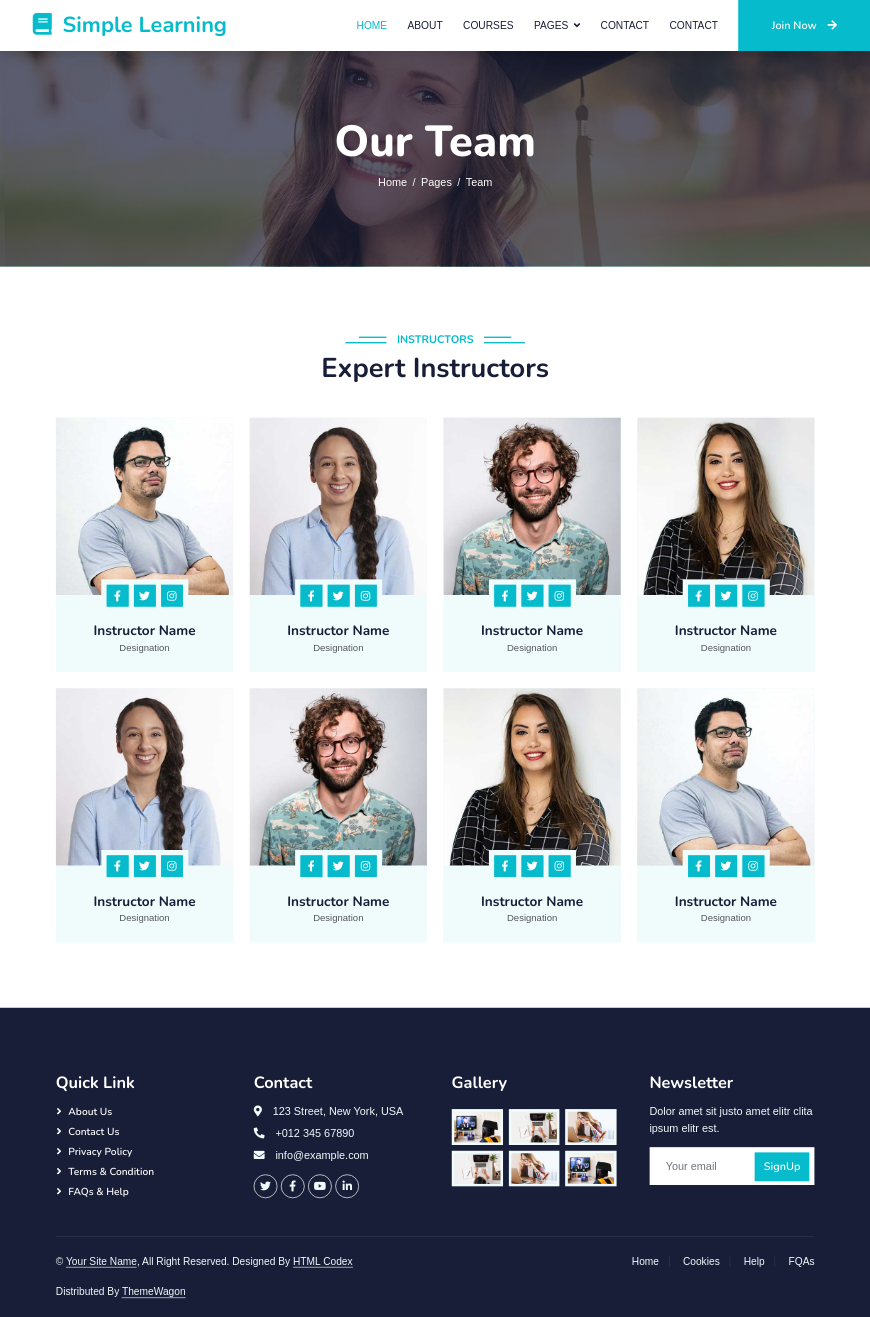
Repository: Arumugam2002/ARUMUGAM-TOPS-DAILY-TASKS
Page: http://localhost/team
The author's editor kept a copy of each file at every save. The page is drawn from the files as they stood at one save, then again after the next save.
The browser window is 1280 px wide. The pictures show the whole page, at 68% of full size.
Some web fonts or font styles are not loaded; a fallback is used. Some web libraries are served in a nearby version. The page is this project's Thymeleaf template; nobody is signed in. The template is opened directly, without the code that normally fills it, so the values that code supplies are empty.

Above is the page before, as saved 2024-07-21 15:39:38.

After the next save:
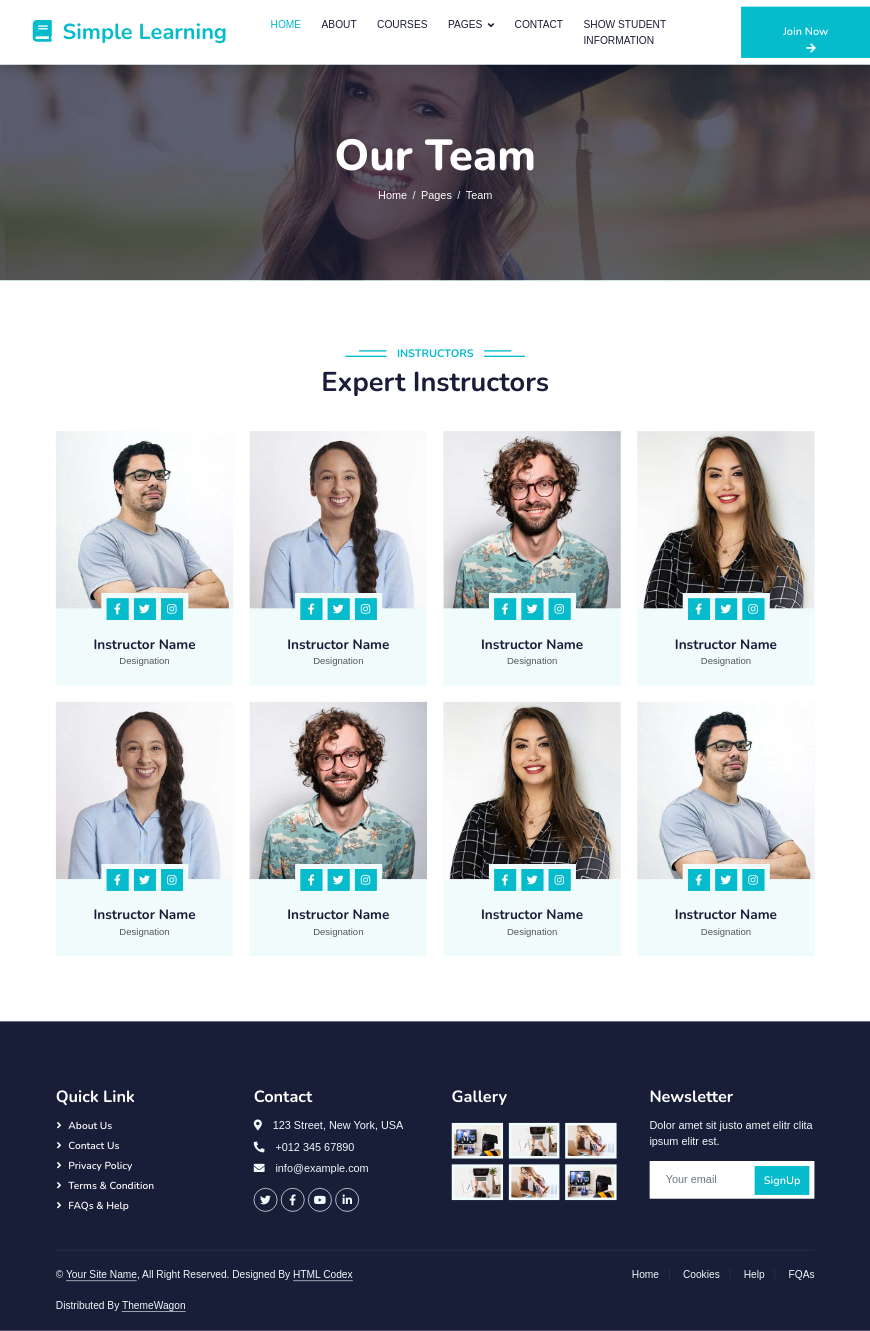
Saved 16 s later.
--- a/Java SpringBoot/Spring_Eclipse/SpringwithTemplate/src/main/resources/templates/fragments/header.html
+++ b/Java SpringBoot/Spring_Eclipse/SpringwithTemplate/src/main/resources/templates/fragments/header.html
@@ -34,7 +34,7 @@
 				</div>
 			</div>
 			<a href="/contact" class="nav-item nav-link">Contact</a>
-			<a href="/contact" class="nav-item nav-link">Contact</a>
+			<a href="/home" class="nav-item nav-link">Show Student Information</a>
 		</div>
 		<a href="/register" class="btn btn-primary py-4 px-lg-5 d-none d-lg-block">Join Now<i
 				class="fa fa-arrow-right ms-3"></i></a>

After the save that followed:
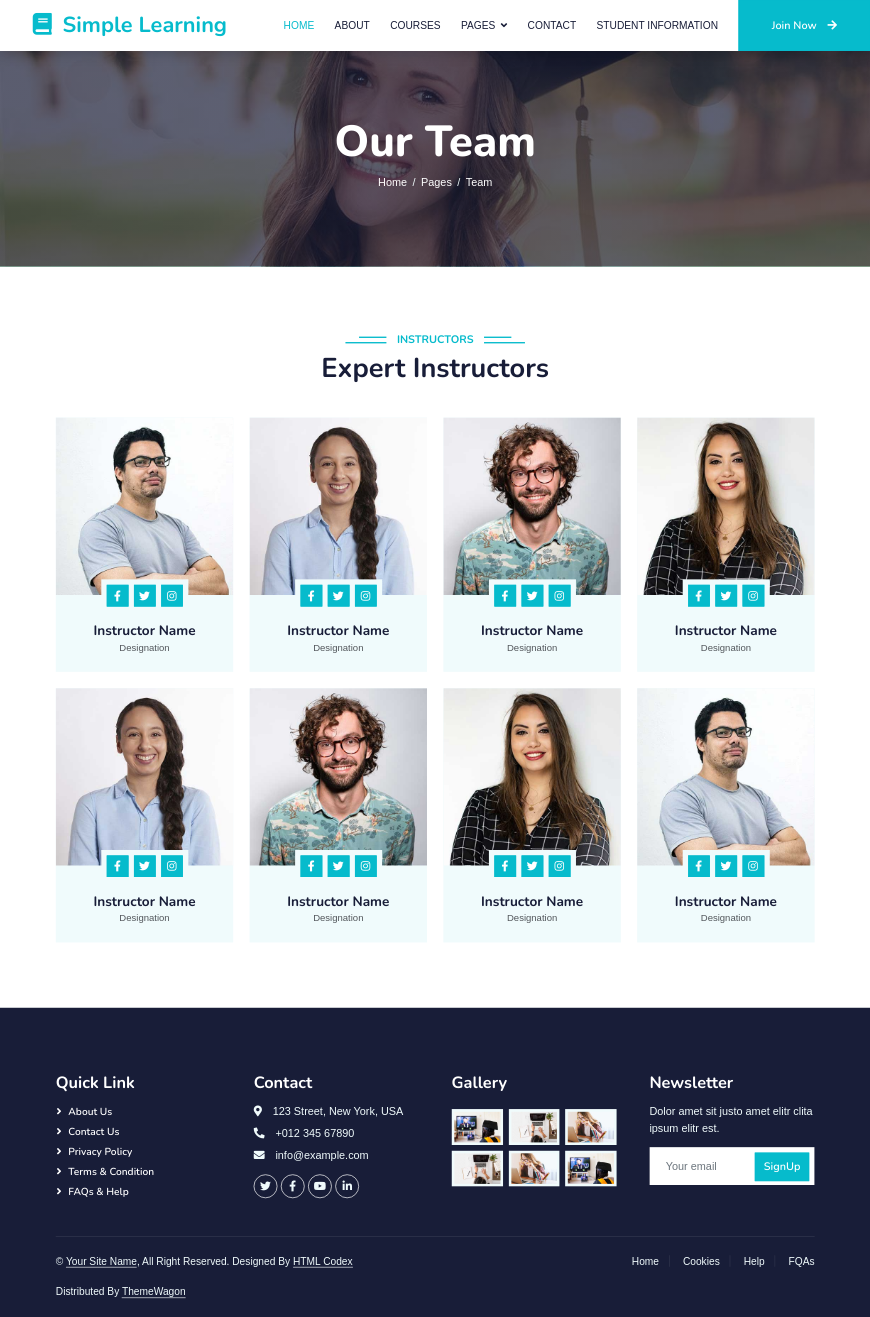
Saved 14 s later.
--- a/Java SpringBoot/Spring_Eclipse/SpringwithTemplate/src/main/resources/templates/fragments/header.html
+++ b/Java SpringBoot/Spring_Eclipse/SpringwithTemplate/src/main/resources/templates/fragments/header.html
@@ -34,7 +34,7 @@
 				</div>
 			</div>
 			<a href="/contact" class="nav-item nav-link">Contact</a>
-			<a href="/home" class="nav-item nav-link">Show Student Information</a>
+			<a href="/home" class="nav-item nav-link">Student Information</a>
 		</div>
 		<a href="/register" class="btn btn-primary py-4 px-lg-5 d-none d-lg-block">Join Now<i
 				class="fa fa-arrow-right ms-3"></i></a>
